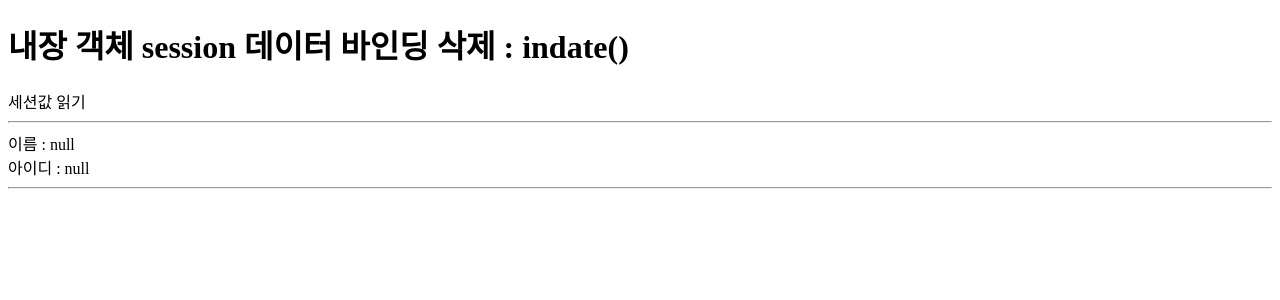
Repository: papepopopy/javascript
Page: http://localhost/webjsp/ex02/sessionInvalidate.jsp
These files come from the project's save history. The page is drawn as it stood at one moment and after the next save; the edit follows.
The browser window is 1280 px wide. The pictures show the whole page.
The page is served by Tomcat 9. Nobody is signed in. The application's start-up code is not run. Other server files are loaded and not shown.

Above is the page before, as saved 2024-07-04 04:15:05.

### jspStudy/jspStudy/webjsp/src/main/webapp/ex02/sessionInvalidate.jsp
<%@ page language="java" contentType="text/html; charset=UTF-8"
    pageEncoding="UTF-8"%>
<%
 	String name = (String)session.getAttribute("name");
 	String id = (String)session.getAttribute("id");
 %>
<!DOCTYPE html>
<html>
<head>
<meta charset="UTF-8">
<title>session 데이터 바인딩 삭제</title>
</head>
<body>
	<h1>내장 객체 session 데이터 바인딩 삭제 : indate()</h1>
	<div>
		세션값 읽기
		<hr>
		이름 : <%= name %> <br>
		아이디 : <%= id %> <br>
	</div>
	<hr>
</body>
</html>

After the next save:
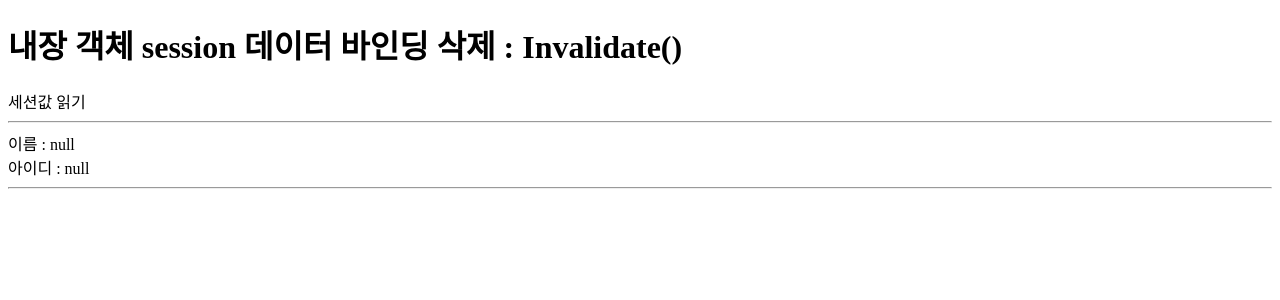
Saved 3 min 18 s later.
--- a/jspStudy/jspStudy/webjsp/src/main/webapp/ex02/sessionInvalidate.jsp
+++ b/jspStudy/jspStudy/webjsp/src/main/webapp/ex02/sessionInvalidate.jsp
@@ -11,7 +11,7 @@
 <title>session 데이터 바인딩 삭제</title>
 </head>
 <body>
-	<h1>내장 객체 session 데이터 바인딩 삭제 : indate()</h1>
+	<h1>내장 객체 session 데이터 바인딩 삭제 : Invalidate()</h1>
 	<div>
 		세션값 읽기
 		<hr>
